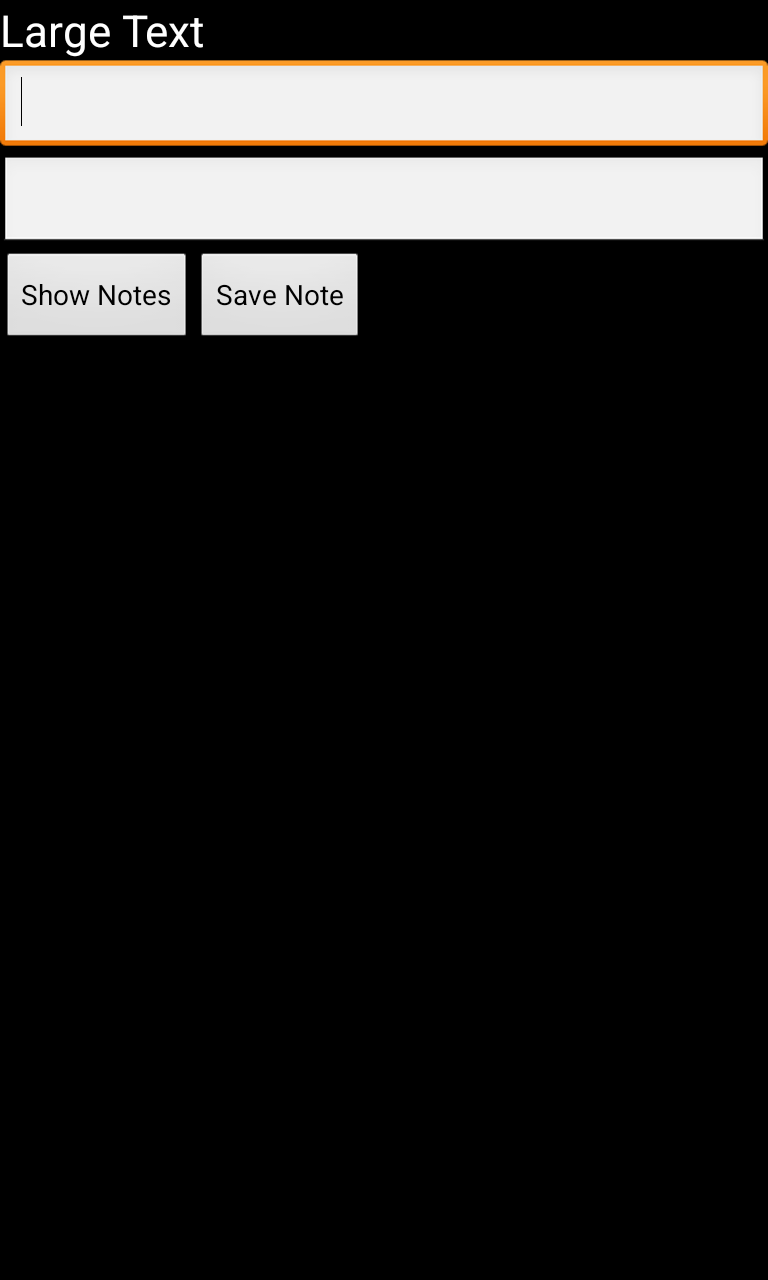
Repository: smartapps08/addteqtutorials
Layout: Database Demo/res/layout/main.xml
An editor plug-in stored every save of this project. The layout is shown before and after the next save, followed by the edit.
It is drawn on a 768 x 1280 px phone screen (xhdpi) without system bars, with theme android:Theme; the app's code is not run.

Above is the layout before, as saved 2012-06-12 15:23:36.

### Database Demo/res/layout/main.xml
<?xml version="1.0" encoding="utf-8"?>
<LinearLayout xmlns:android="http://schemas.android.com/apk/res/android"
    android:layout_width="fill_parent"
    android:layout_height="fill_parent"
    android:orientation="vertical" >

    <TextView
        android:id="@+id/textView1"
        android:layout_width="wrap_content"
        android:layout_height="wrap_content"
        android:text="Large Text"
        android:textAppearance="?android:attr/textAppearanceLarge" />

    <EditText
        android:id="@+id/editText1"
        android:layout_width="match_parent"
        android:layout_height="wrap_content"
        android:ems="10" >

        <requestFocus />
    </EditText>

    <EditText
        android:id="@+id/editText2"
        android:layout_width="match_parent"
        android:layout_height="wrap_content"
        android:ems="10"
        android:inputType="textPostalAddress" />

    <LinearLayout
        android:layout_width="match_parent"
        android:layout_height="wrap_content" >

        <Button
            android:id="@+id/btnShow"
            android:layout_width="wrap_content"
            android:layout_height="wrap_content"
            android:text="Show Notes" />

        <Button
            android:id="@+id/btnSave"
            android:layout_width="wrap_content"
            android:layout_height="wrap_content"
            android:text="Save Note" />

    </LinearLayout>

</LinearLayout>

After the next save:
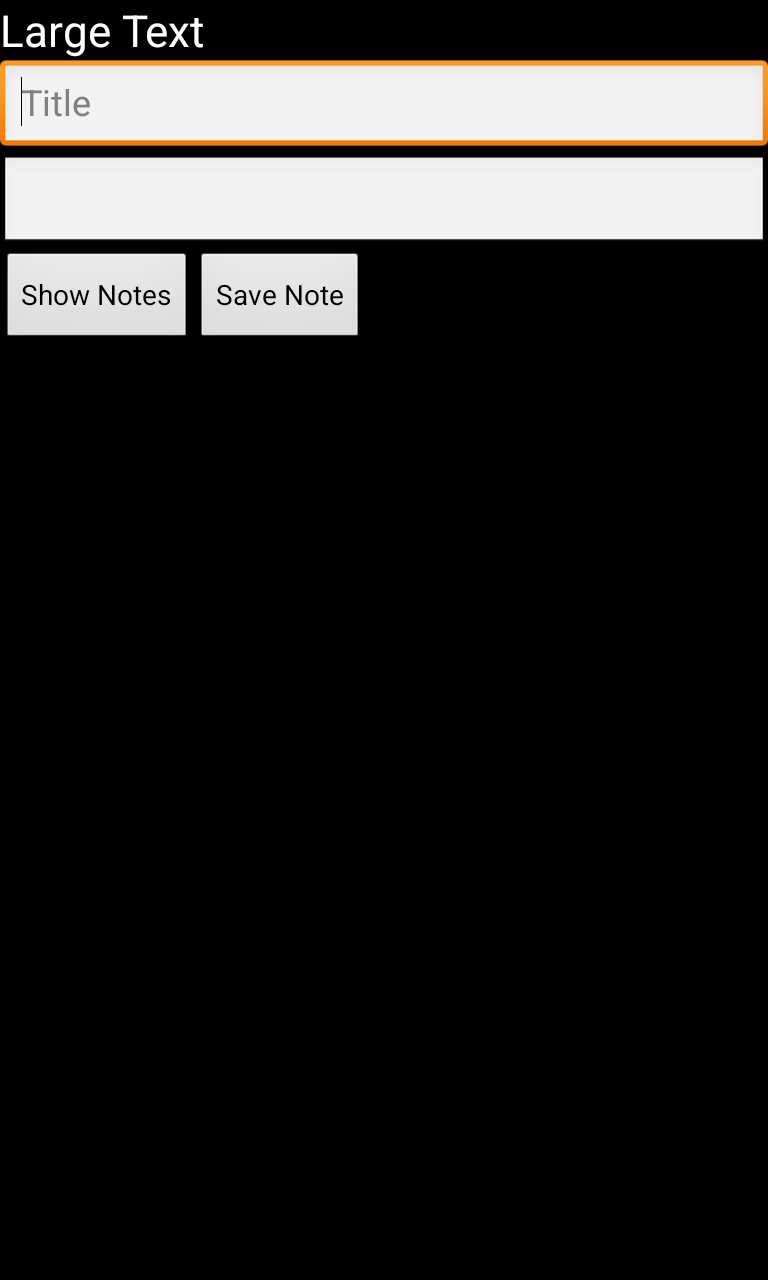
Saved 19 s later.
--- a/Database Demo/res/layout/main.xml
+++ b/Database Demo/res/layout/main.xml
@@ -12,10 +12,11 @@
         android:textAppearance="?android:attr/textAppearanceLarge" />
 
     <EditText
-        android:id="@+id/editText1"
+        android:id="@+id/etTitle"
         android:layout_width="match_parent"
         android:layout_height="wrap_content"
-        android:ems="10" >
+        android:ems="10"
+        android:hint="Title">
 
         <requestFocus />
     </EditText>
